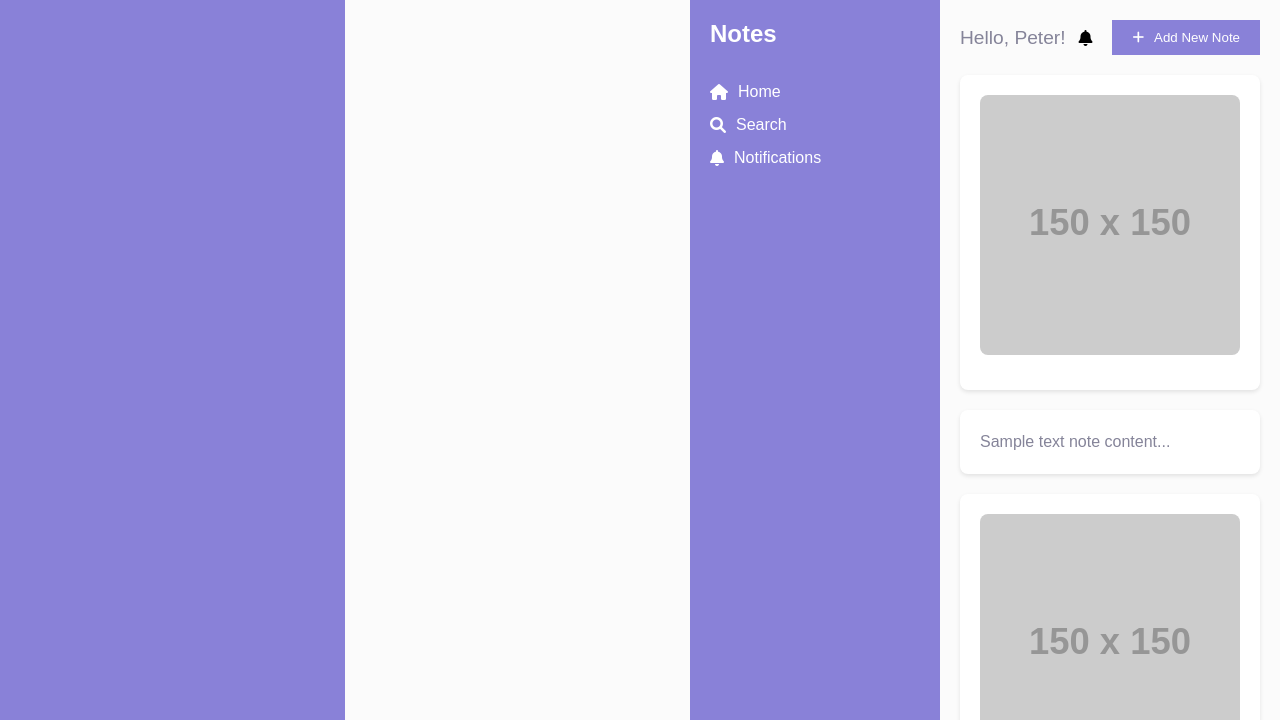
Repository: SatenikGabrielyan/HTML_CSS-_Assignment
Page: index.html
These files come from the project's save history. The page is drawn as it stood at one moment and after the next save; the edit follows.
The browser window is 1280 px wide. The pictures show the whole page.

Above is the page before, as saved 2025-03-16 23:48:28.

After the next save:
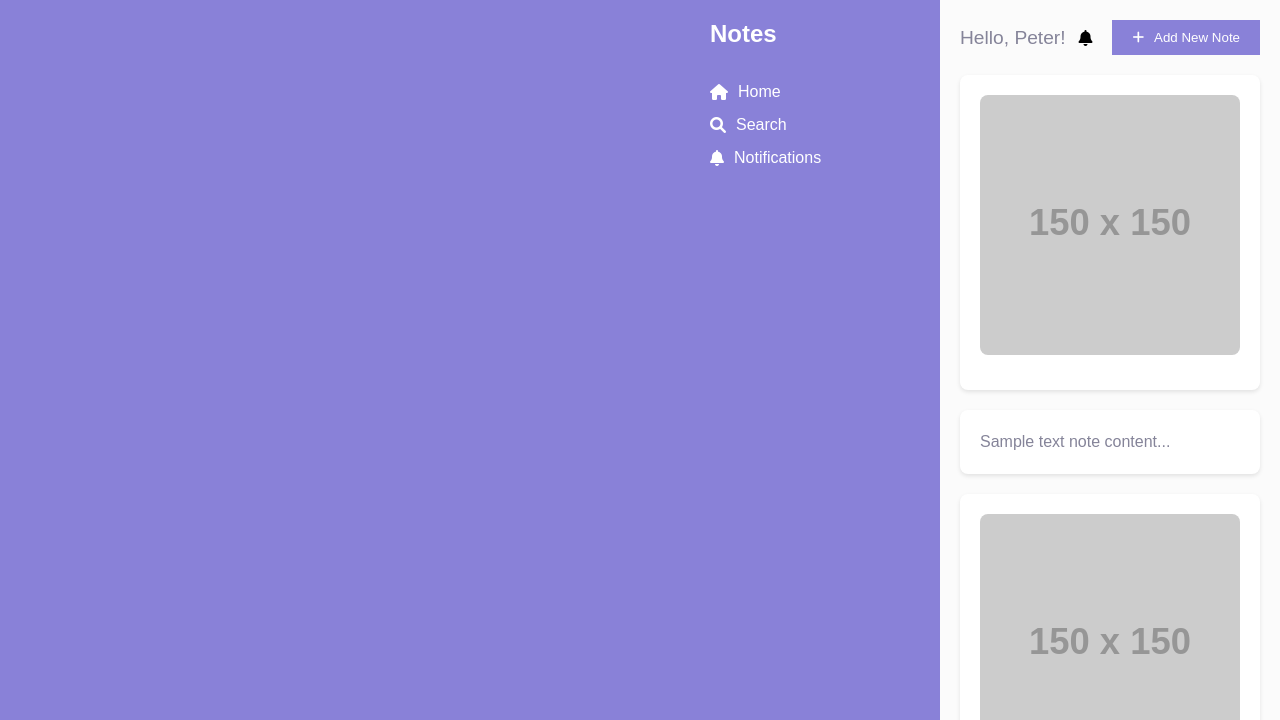
Saved 9 s later.
--- a/style.css
+++ b/style.css
@@ -31,7 +31,8 @@
     background-color: var(--primary-color);
 }
 .whit {
-
+    width: 50%;
+    background-color: var(--primary-color);
 }
   .container {
     display: flex;

After the 2 saves that followed:
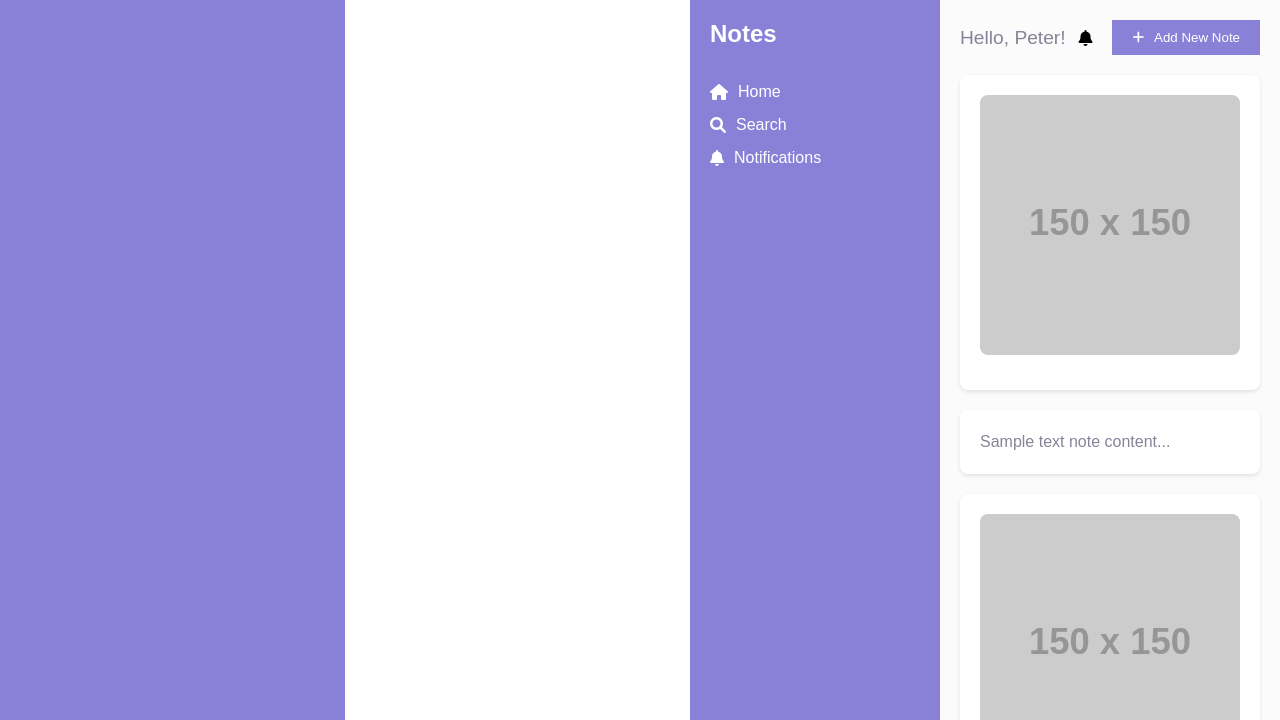
The 2 saves are shown as one change because they came seconds apart.
The last was saved 25 s later.
--- a/style.css
+++ b/style.css
@@ -32,7 +32,7 @@
 }
 .whit {
     width: 50%;
-    background-color: var(--primary-color);
+    background-color: white;
 }
   .container {
     display: flex;
